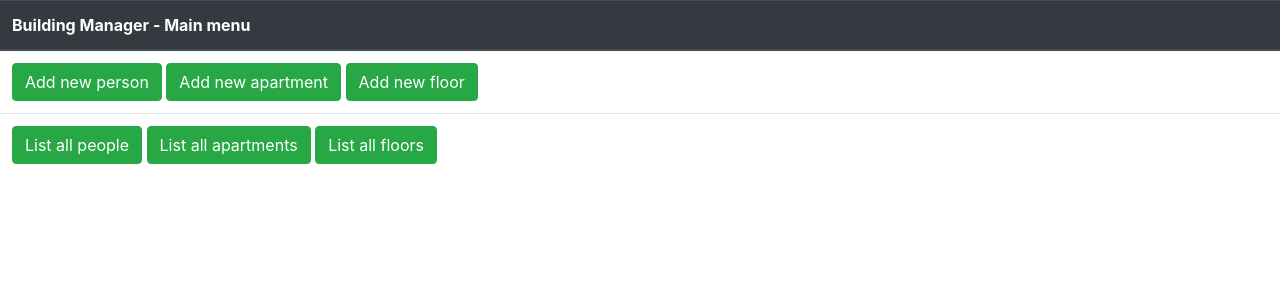
Repository: JMarJus/TalleresDUAL_2
Page: http://localhost/index
These files come from the project's save history. The page is drawn as it stood at one moment and after the next save; the edit follows.
The browser window is 1280 px wide. The pictures show the whole page.
The page is this project's Thymeleaf template; nobody is signed in. The template is opened directly, without the code that normally fills it, so the values that code supplies are empty.

Above is the page before, as saved 2023-12-26 00:22:13.
Console error: TypeError: Cannot read properties of undefined (reading 'fn')

### spring01/src/main/resources/templates/index.html
<!DOCTYPE html>
<html xmlns:th="http://www.thymeleaf.org">

<head>
	<meta http-equiv="Content-Type" content="text/html; charset=UTF-8" />
	<title>Spring 01 - Building Management</title>
	<link rel="stylesheet" href="https://stackpath.bootstrapcdn.com/bootstrap/4.3.1/css/bootstrap.min.css">
	<script src="https://stackpath.bootstrapcdn.com/bootstrap/4.3.1/js/bootstrap.min.js"></script>
</head>

<body>
	<table class="table">
		<thead class="thead-dark">
			<tr>
				<th scope="col">Building Manager - Main menu</th>
			</tr>
		</thead>
		<tbody>
			<tr>
				<td>
					<a th:href="@{/getAddPerson}" class="btn btn-success">Add new person</a>
					<a th:href="@{/getAddApartment}" class="btn btn-success">Add new apartment</a>
					<a th:href="@{/getAddFloor}" class="btn btn-success">Add new floor</a>
				</td>
			</tr>
			<tr>
				<td>
					<a th:href="@{/getPeople}" class="btn btn-success">List all people</a>
					<a th:href="@{/getApartments}" class="btn btn-success">List all apartments</a>
					<a th:href="@{/getFloors}" class="btn btn-success">List all floors</a>
				</td>
			</tr>
		</tbody>
	</table>
</body>

</html>

After the next save:
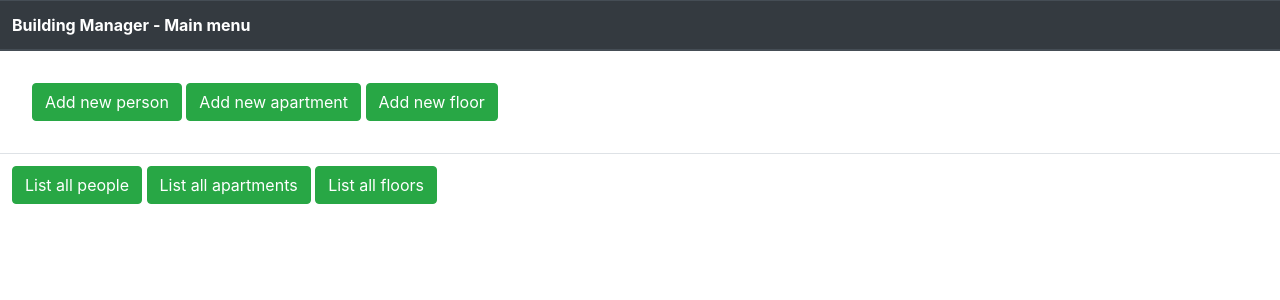
Saved 94 s later.
--- a/spring01/src/main/resources/templates/index.html
+++ b/spring01/src/main/resources/templates/index.html
@@ -18,9 +18,11 @@
 		<tbody>
 			<tr>
 				<td>
+					<div class="card-body">
 					<a th:href="@{/getAddPerson}" class="btn btn-success">Add new person</a>
 					<a th:href="@{/getAddApartment}" class="btn btn-success">Add new apartment</a>
 					<a th:href="@{/getAddFloor}" class="btn btn-success">Add new floor</a>
+					</div>
 				</td>
 			</tr>
 			<tr>
